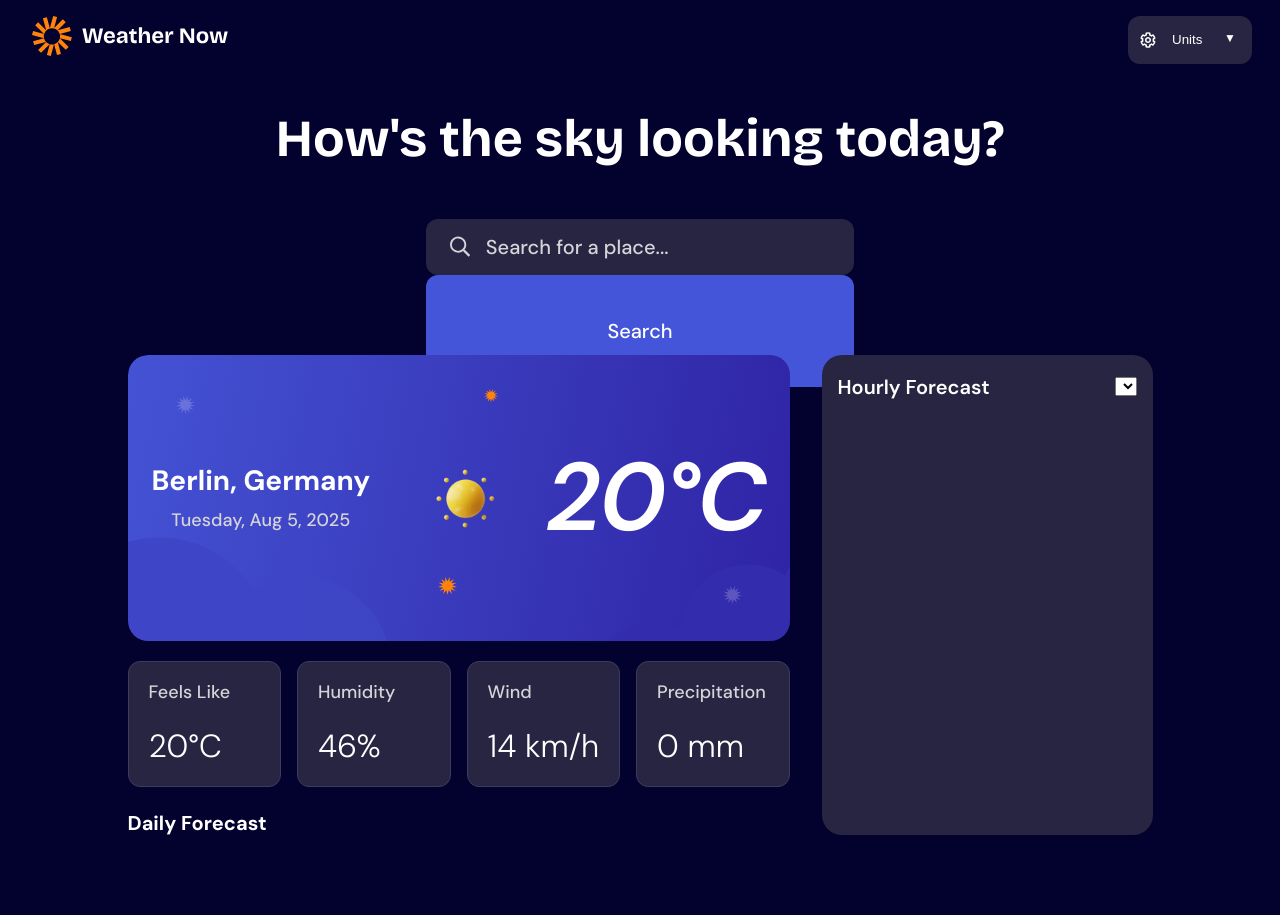
Repository: MKwaak/weather-app-main
Page: index.html
The author's editor kept a copy of each file at every save. The page is drawn from the files as they stood at one save, then again after the next save.
The browser window is 1280 px wide. The pictures show the whole page.
The page's requests for data from a server got no answer.

Above is the page before, as saved 2026-01-26 01:08:45.

After the next save:
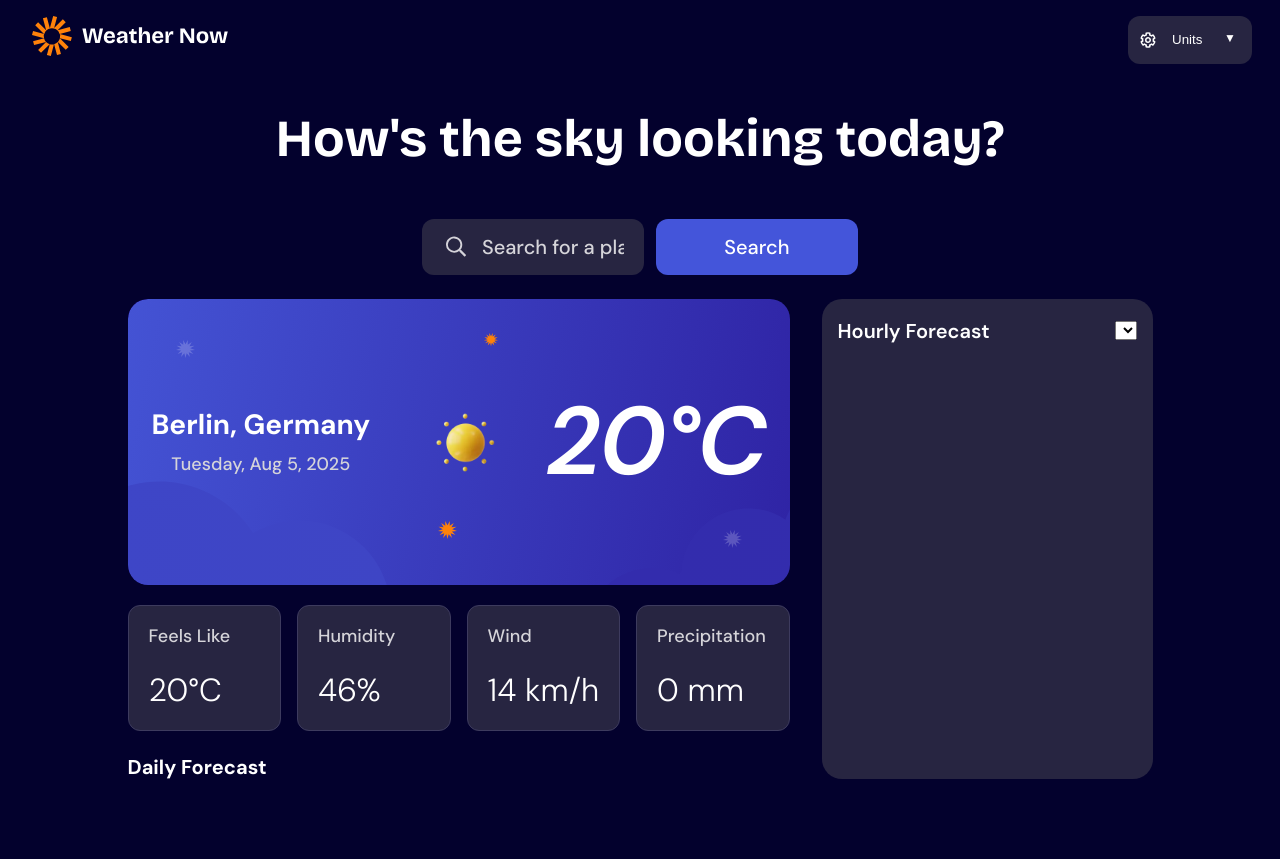
Saved 22 h 4 min later.
--- a/style.css
+++ b/style.css
@@ -317,9 +317,15 @@
       max-width: calc(656 / 16 * 1rem);
       margin: 0 auto 24px auto; /* center horizontally + gap below */
 
+      /* Standaard (Mobiel eerst): zet ze onder elkaar */
+      display: flex;
+      flex-direction: column;
+      gap: 16px; /* Dit zorgt voor de ruimte tussen veld en knop */
+
       @media (min-width: calc(700 / 16 * 1rem)) {
-        grid-template-columns: 2fr auto; /* input flexible, button auto */
-        align-items: center; /* vertically center button with input */
+        /* Desktop: zet ze naast elkaar */
+        flex-direction: row;
+        gap: 12px; /* Iets minder ruimte tussen knop en veld op desktop */
       }
     }
 
